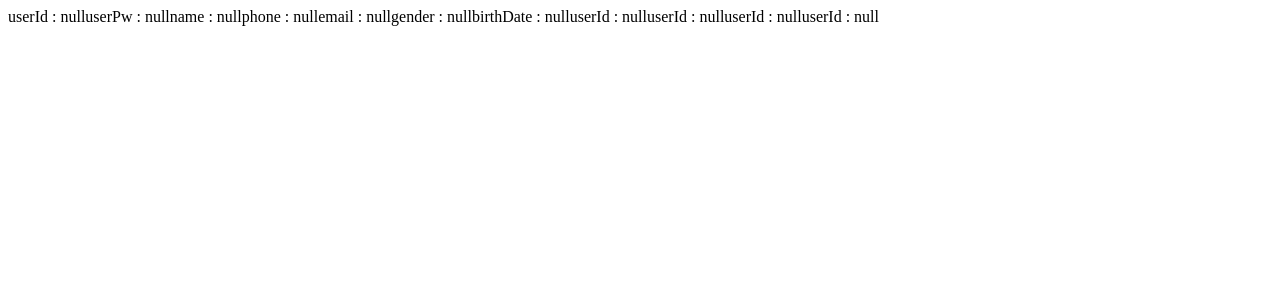
Repository: Pen-nek/Java_original
Page: http://localhost/JspBook/exaddmember/processAddMember.jsp
The author's editor kept a copy of each file at every save. The page is drawn from the files as they stood at one save, then again after the next save.
The browser window is 1280 px wide. The pictures show the whole page.
The page is served by Tomcat 9. Nobody is signed in. The application's start-up code is not run.

Above is the page before, as saved 2019-08-22 08:01:32.

After the next save:
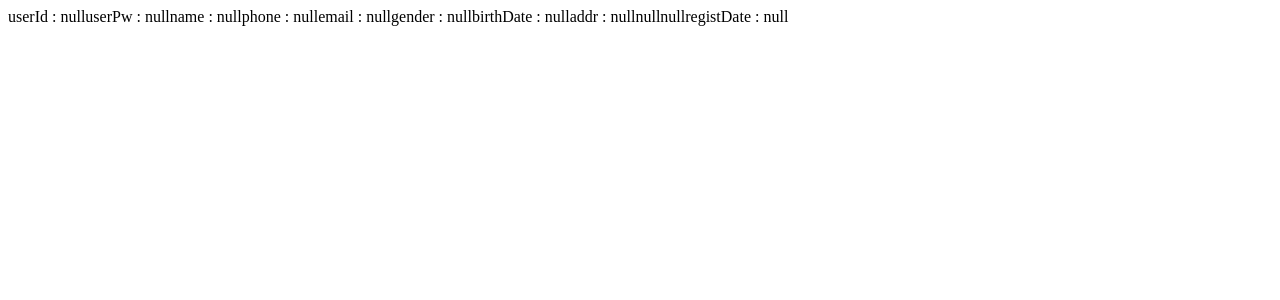
Saved 22 s later.
--- a/JspBook/WebContent/exaddmember/processAddMember.jsp
+++ b/JspBook/WebContent/exaddmember/processAddMember.jsp
@@ -24,8 +24,6 @@
 	out.print("email : " + email);
 	out.print("gender : " + gender);
 	out.print("birthDate : " + birthDate);
-	out.print("userId : " + userId);
-	out.print("userId : " + userId);
-	out.print("userId : " + userId);
-	out.print("userId : " + userId);
+	out.print("addr : " + addr + addr2 + addr3);
+	out.print("registDate : " + registDate);
 %>
